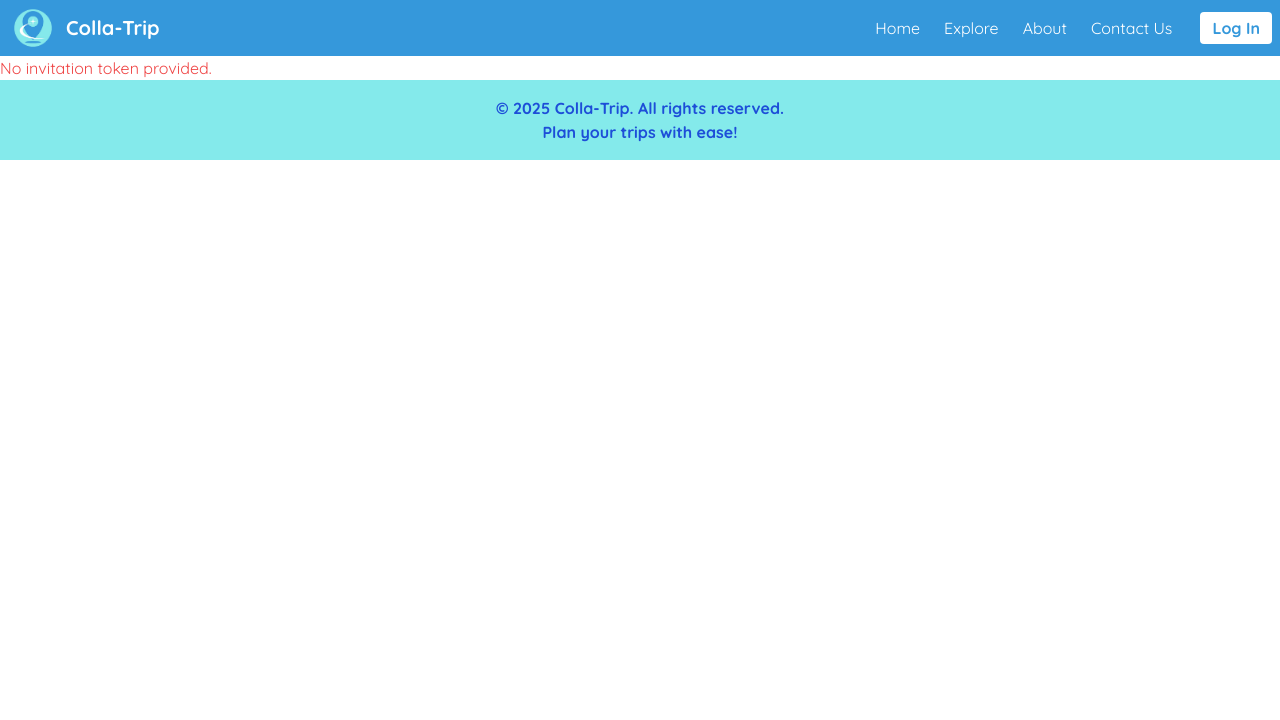
Repository: khuynh134/Colla-Trip
Page: /invitepage
An editor plug-in stored every save of this project. The page is shown before and after the next save, followed by the edit.
The browser window is 1280 px wide. The pictures show the whole page.
The project was rebuilt for these pictures with package versions that can differ from the ones it lists, and the page was loaded fresh each time. The framework's server and built-in components were replaced by stand-ins that run in the browser. Also part of the build but not shown: svelte.config.js, vite.config.ts.

Above is the page before, as saved 2025-04-26 14:41:53.

After the next save:
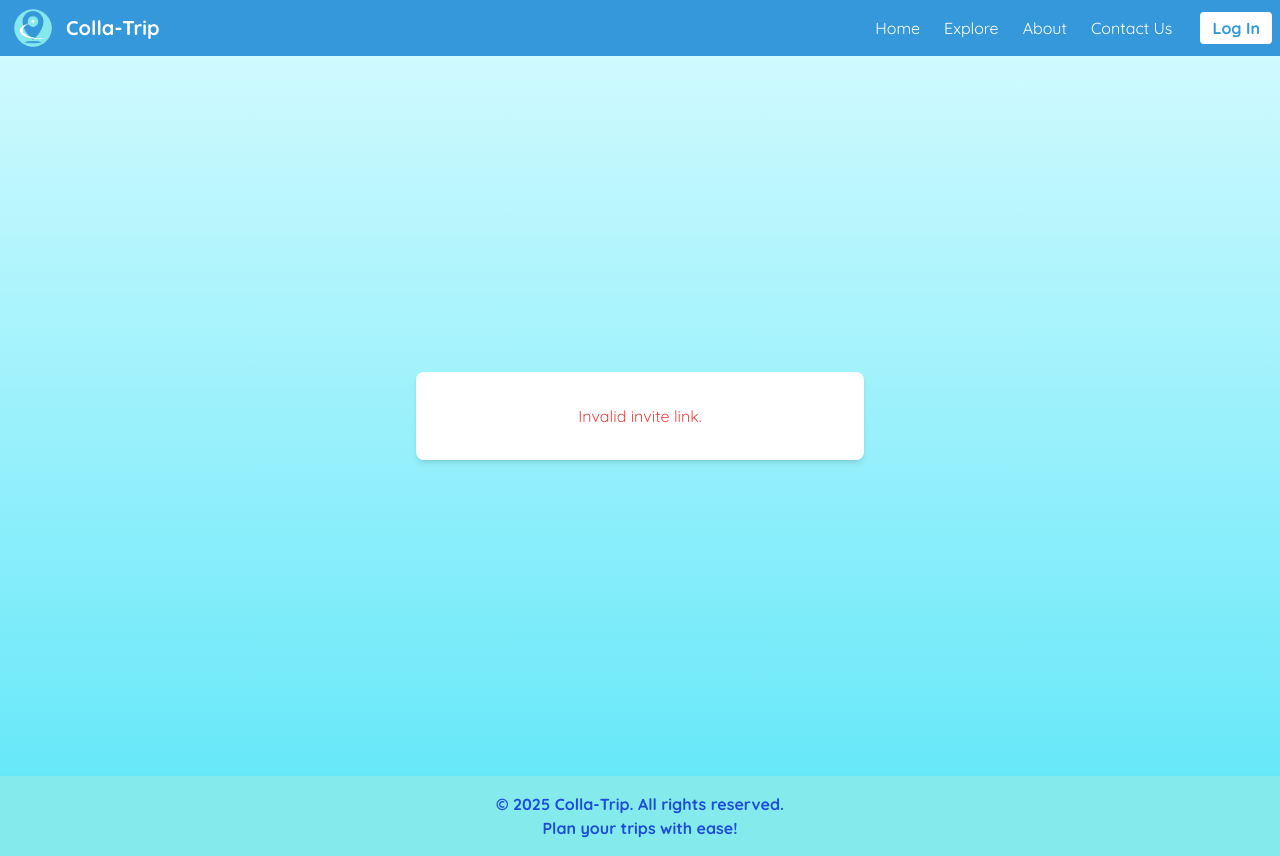
Saved 67 s later.
--- a/src/routes/invitepage/+page.svelte
+++ b/src/routes/invitepage/+page.svelte
@@ -1,63 +1,81 @@
 <script lang="ts">
+    import { onMount } from 'svelte';
     import { page } from '$app/stores';
     import { goto } from '$app/navigation';
-    import { onMount } from 'svelte';
 
-    let token = '';
-    let invitation: any = null;
+    let token: string | null = null;
+    let invite: {
+        id: number;
+        trip_id: number;
+        trip_title: string;
+        email: string | null;
+        username: string | null;
+        message: string | null;
+        status: string;
+    } | null = null;
+
+    let errorMessage: string | null = null;
     let loading = true;
-    let error = '';
 
     onMount(async () => {
-        const urlParams = new URLSearchParams(window.location.search);
-        token = urlParams.get('token') ?? '';
+        // Get token from URL
+        const url = new URL(window.location.href);
+        token = url.searchParams.get('token');
 
         if (!token) {
-            error = 'No invitation token provided.';
+            errorMessage = 'Invalid invite link.';
             loading = false;
             return;
         }
 
         try {
-            const res = await fetch(`/api/invitations?token=${token}`);
-            if (res.ok) {
-                invitation = await res.json();
+            const res = await fetch(`/api/fetch-invite?token=${token}`);
+
+            if (!res.ok) {
+                const errorData = await res.json();
+                errorMessage = errorData.error || 'Unable to fetch invite.';
             } else {
-                error = 'Invalid or expired invitation.';
+                invite = await res.json();
             }
         } catch (err) {
-            console.error(err);
-            error = 'Failed to fetch invitation details.';
+            console.error('Error fetching invite:', err);
+            errorMessage = 'Something went wrong. Please try again.';
         } finally {
             loading = false;
         }
     });
 
-    function acceptInvitation() {
-        if (token) {
-            goto(`/signuppage?token=${token}`);
-        }
+    function handleAccept() {
+        // Redirect to signup page, pass token along
+        goto(`/signup?token=${token}`);
     }
 </script>
 
-{#if loading}
-    <p>Loading invitation details...</p>
-{:else if error}
-    <div class="text-red-500">{error}</div>
-{:else}
-    <div class="max-w-xl mx-auto p-6 bg-white shadow-lg rounded-lg">
-        <h1 class="text-2xl font-bold mb-4">You're Invited!</h1>
-        <p class="mb-2">Trip: <strong>{invitation.trip_title}</strong></p>
-        <p class="mb-2">Invited by: <strong>{invitation.invited_by}</strong></p>
-        {#if invitation.message}
-            <p class="mb-4 text-gray-600 italic">"{invitation.message}"</p>
+<div class="min-h-screen flex items-center justify-center bg-gradient-to-b from-cyan-100 to-cyan-300">
+    <div class="bg-white rounded-lg shadow-md p-8 max-w-md w-full text-center">
+        {#if loading}
+            <p>Loading invitation...</p>
+        {:else if errorMessage}
+            <p class="text-red-500">{errorMessage}</p>
+        {:else if invite}
+            <h1 class="text-2xl font-bold text-cyan-700 mb-4">
+                You're invited to join {invite.trip_title}!
+            </h1>
+
+            {#if invite.message}
+                <p class="mb-4 italic text-gray-600">"{invite.message}"</p>
+            {/if}
+
+            <p class="mb-6 text-gray-700">
+                Accept this invitation to start planning and join the trip!
+            </p>
+
+            <button
+                on:click={handleAccept}
+                class="px-6 py-3 bg-cyan-600 text-white rounded-md hover:bg-cyan-700 transition-all"
+            >
+                Accept Invitation
+            </button>
         {/if}
-
-        <button
-            class="px-6 py-3 bg-cyan-600 text-white rounded hover:bg-cyan-700 transition"
-            on:click={acceptInvitation}
-        >
-            Accept Invitation
-        </button>
     </div>
-{/if}
+</div>
